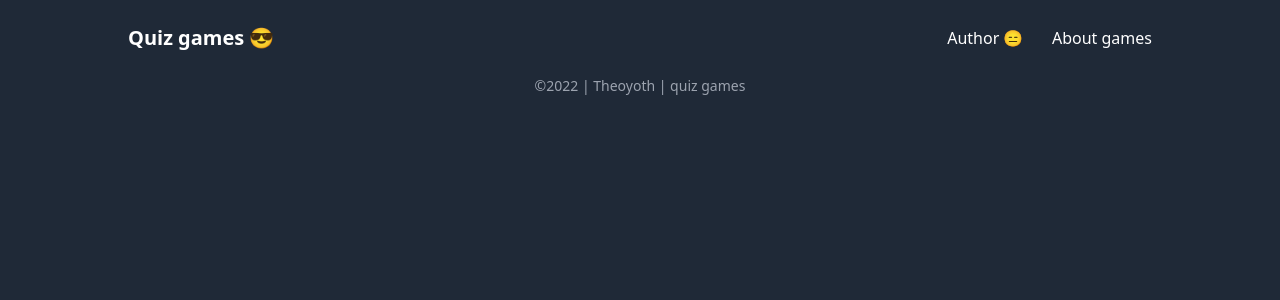
Repository: theoyoth/quiz-game
Page: /game
The author's editor kept a copy of each file at every save. The page is drawn from the files as they stood at one save, then again after the next save.
The browser window is 1280 px wide. The pictures show the whole page.
The page's requests for data from a server got no answer. The project was rebuilt for these pictures with package versions that can differ from the ones it lists, and the page was loaded fresh each time. The framework's server and built-in components were replaced by stand-ins that run in the browser. No one was signed in, and anything a server would have sent is missing. Also part of the build but not shown: nuxt.config.js, components/EndPage.vue, layouts/404.vue, layouts/error.vue, layouts/errorLayout.vue.

Above is the page before, as saved 2022-06-14 19:38:37.

After the next save:
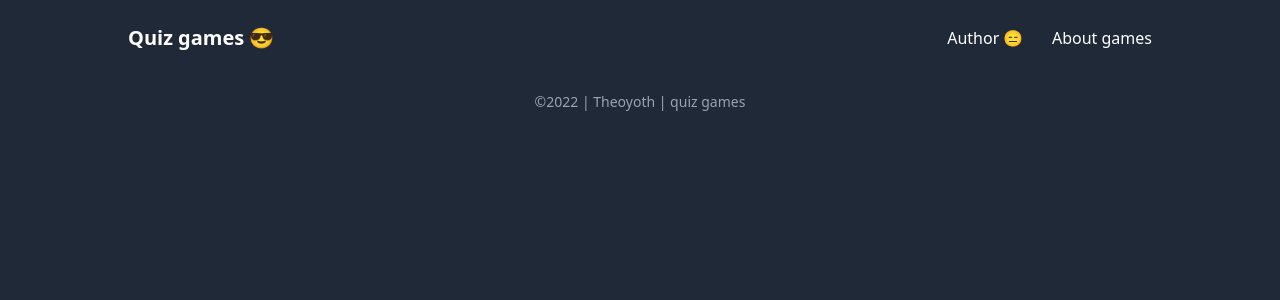
Saved 56 s later.
--- a/pages/game.vue
+++ b/pages/game.vue
@@ -1,7 +1,7 @@
 <template>
   <div  class="mt-6">
     <Loading v-if="$fetchState.pending"/>
-    <div v-else>
+    <div v-else class="grid grid-cols-1 items-center">
       <div v-for="(q,index) in allQuestions" :key="index" class="mb-4">
         <div class="w-2/5 p-6 bg-gray-600 rounded-lg text-center">
           <h1>{{q.question}}</h1>
